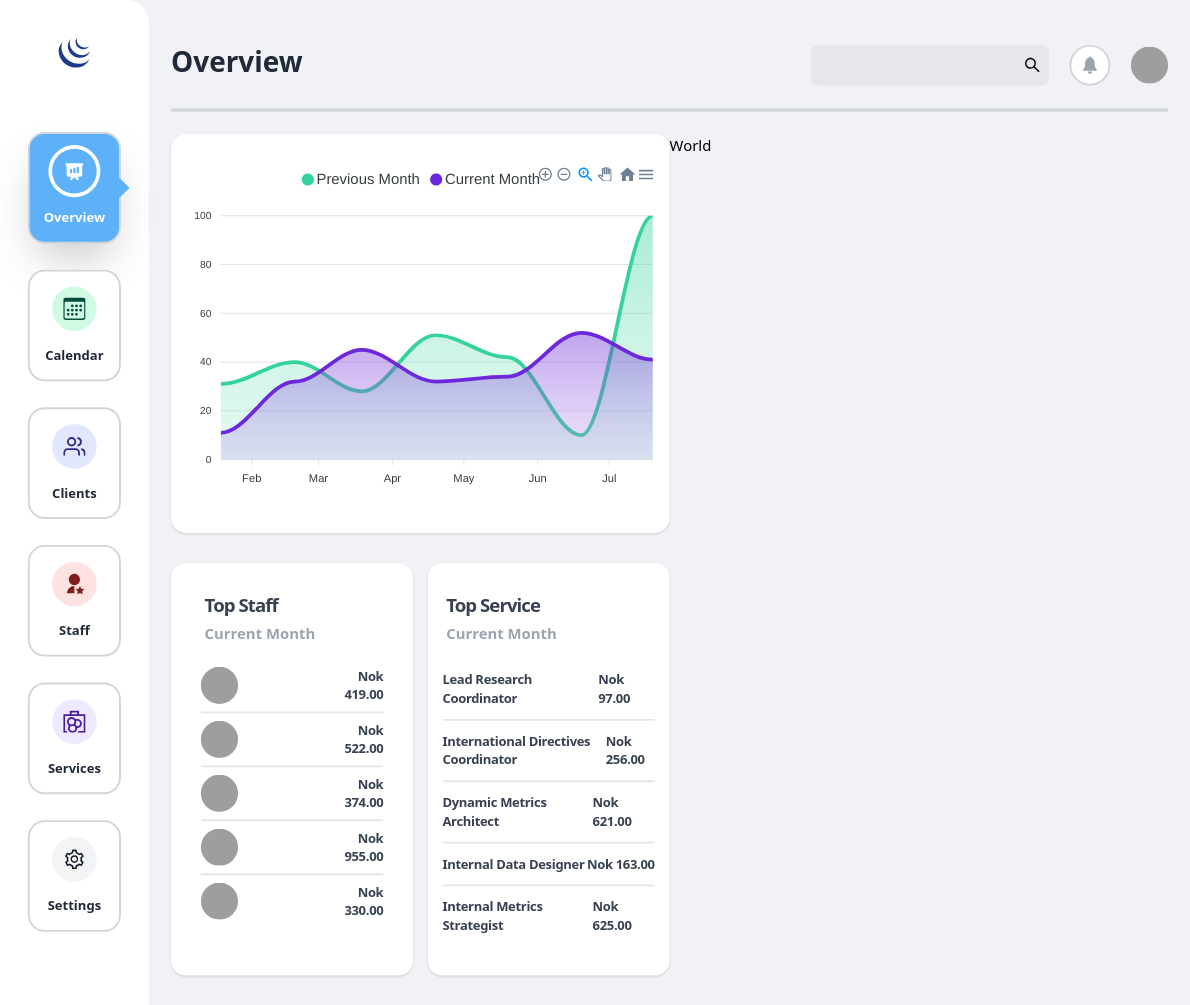
Repository: coolronts/dashboard
Page: /
The author's editor kept a copy of each file at every save. The page is drawn from the files as they stood at one save, then again after the next save.
The browser window is 1280 px wide. The pictures show the whole page, at 93% of full size.
Pictures or frames that could not be fetched are drawn as grey boxes. The project was rebuilt for these pictures with package versions that can differ from the ones it lists, and the page was loaded fresh each time. Also part of the build but not shown: craco.config.js.

Above is the page before, as saved 2021-11-28 04:53:49.

After the next save:
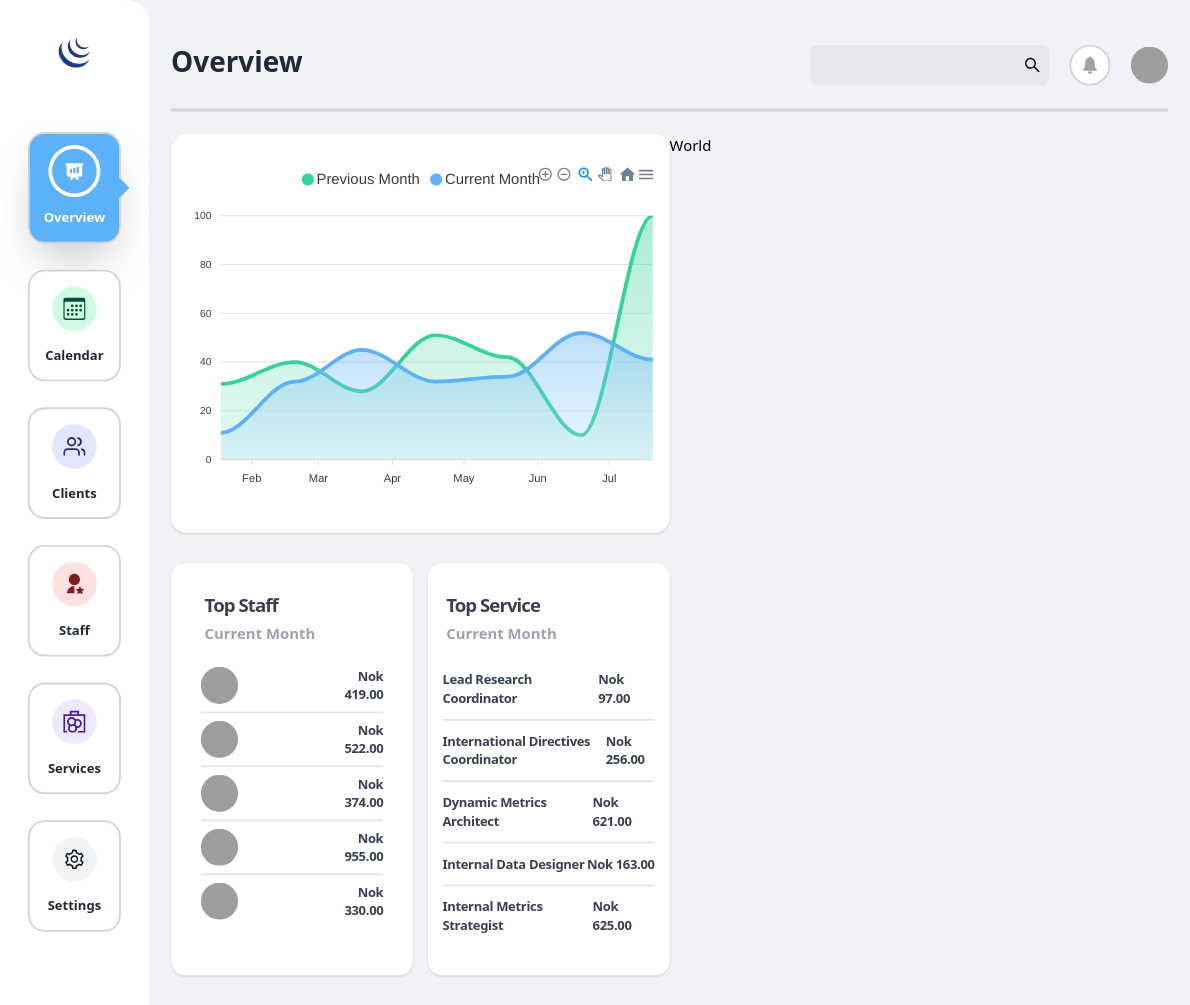
Saved 47 s later.
--- a/src/Components/Charts/MultiLine/index.jsx
+++ b/src/Components/Charts/MultiLine/index.jsx
@@ -12,7 +12,7 @@ const series = [
 
 
 const options = {
-    colors: ['#34D399', '#6D28D9'],
+    colors: ['#34D399', '#5DB1F8'],
     chart: {
       height: 350,
       type: 'area'
